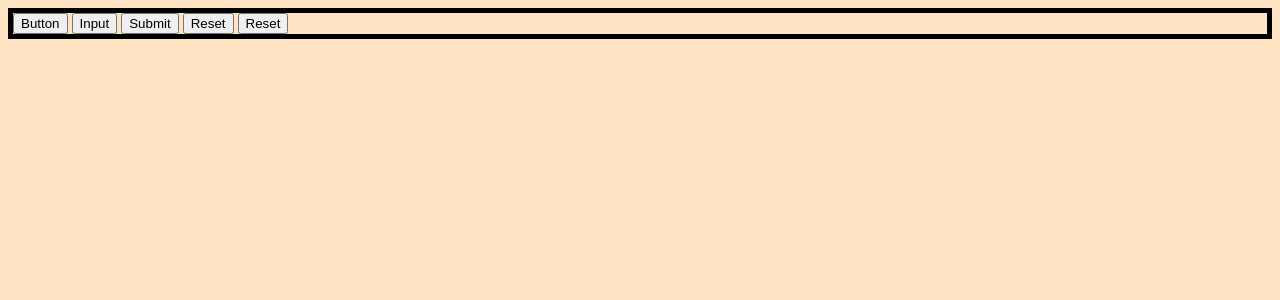
Repository: noahcallen/LAB-calculator
Page: index.html
An editor plug-in stored every save of this project. The page is shown before and after the next save, followed by the edit.
The browser window is 1280 px wide. The pictures show the whole page.

Above is the page before, as saved 2024-07-09 21:15:57.

After the next save:
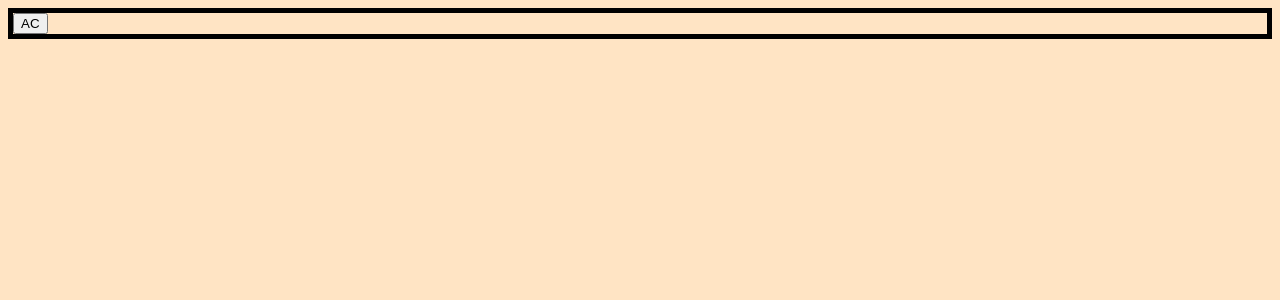
Saved 90 s later.
--- a/index.html
+++ b/index.html
@@ -10,11 +10,10 @@
 <body>
   <!-- box for calculator outline -->
   <div class="outline">
-    <button class="btn btn-primary" type="submit">Button</button>
-    <input class="btn btn-primary" type="button" value="Input">
-    <input class="btn btn-primary" type="submit" value="Submit">
-    <input class="btn btn-primary" type="reset" value="Reset">
-    <input class="btn btn-primary" type="reset" value="Reset">
+    <div class="button1">
+      <input class="btn btn-primary" type="reset" value="AC">
+
+    </div>
 
 
 
